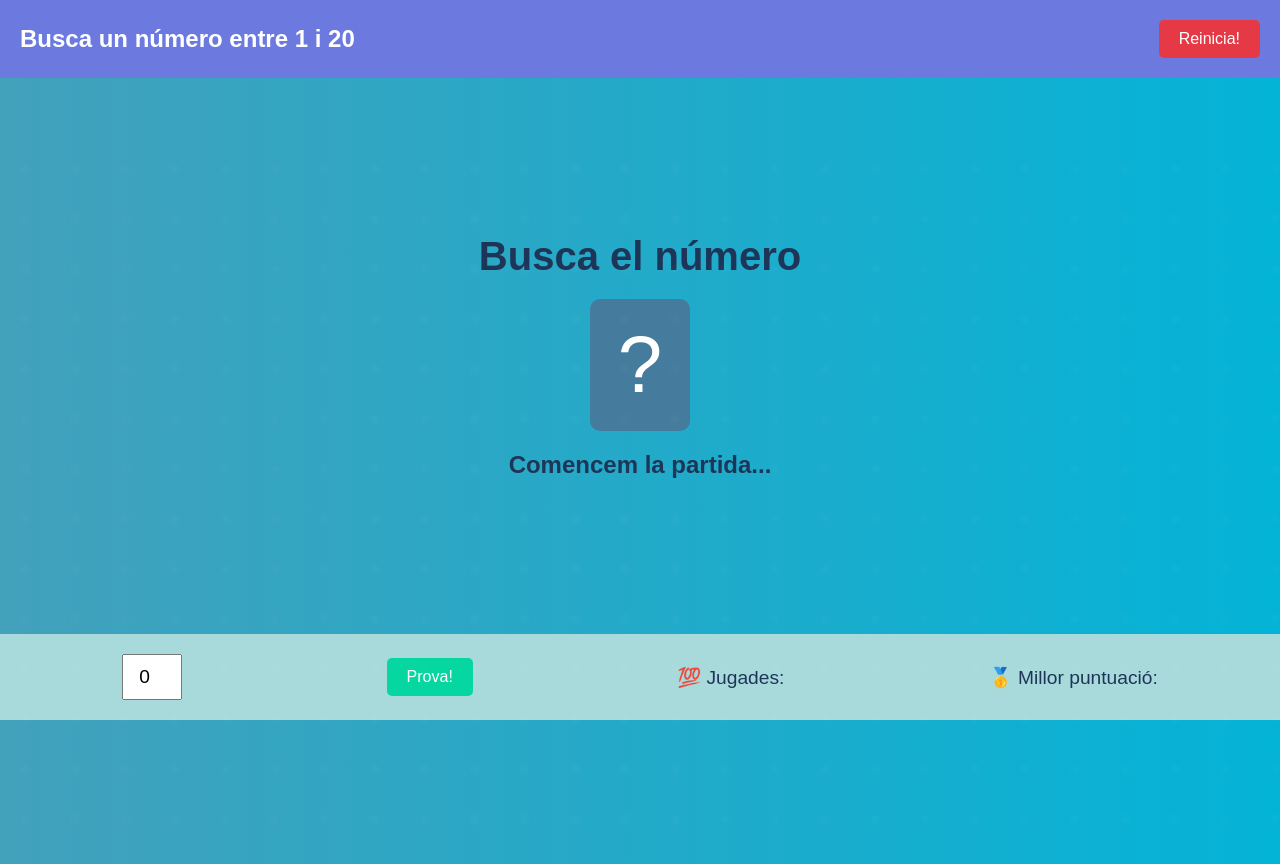
Repository: rdalmau23/M06_01
Page: index.html
The author's editor kept a copy of each file at every save. The page is drawn from the files as they stood at one save, then again after the next save.
The browser window is 1280 px wide. The pictures show the whole page.

Above is the page before, as saved 2024-10-11 11:32:23.

After the next save:
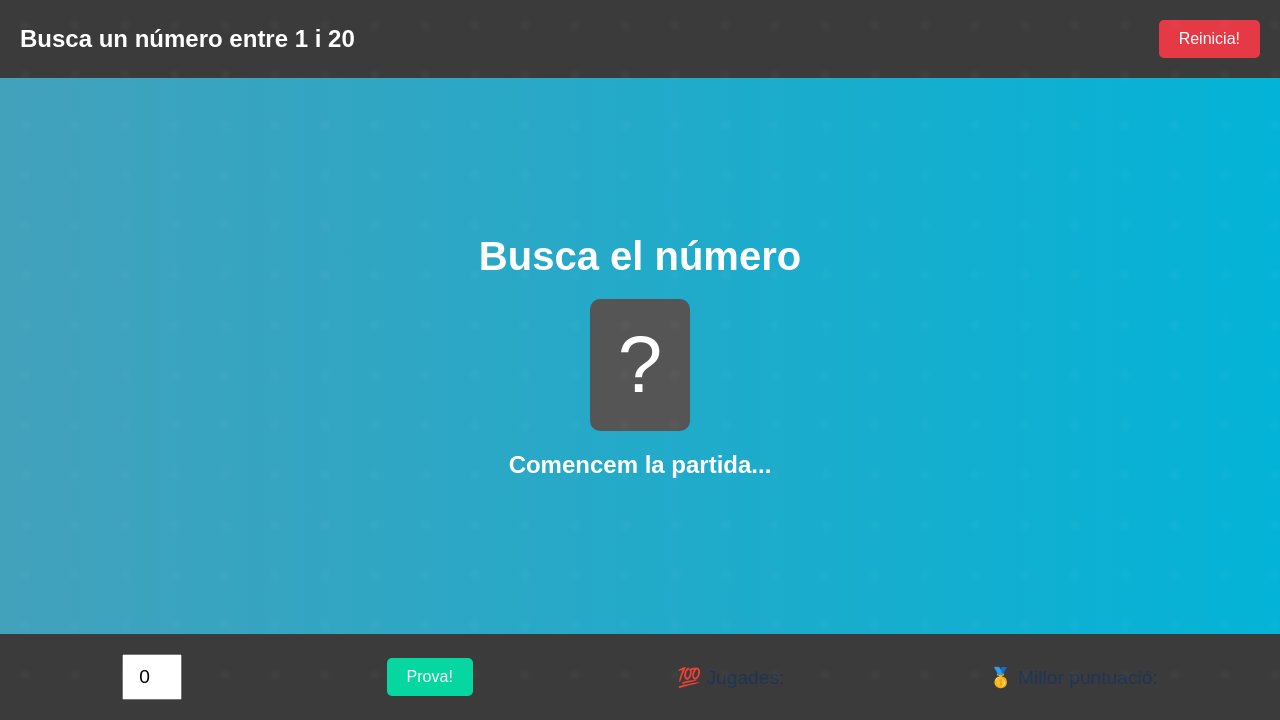
Saved 2 min 51 s later.
--- a/style.css
+++ b/style.css
@@ -31,7 +31,6 @@
     animation: move-particles 25s linear infinite;
   }
 
-  /* Keyframes for animation */
   @keyframes gradient-animation {
     0% {
       background-position: 0% 50%;
@@ -44,18 +43,8 @@
     }
   }
 
-  @keyframes move-particles {
-    0% {
-      transform: translateY(0);
-    }
-    100% {
-      transform: translateY(100vh);
-    }
-  }
-
-  /* Header Styles */
   header {
-    background-color: #6c7ae0;
+    background-color: #3b3b3b;
     color: white;
     padding: 20px;
     text-align: center;
@@ -82,7 +71,6 @@
     background-color: #d62839;
   }
 
-  /* Main Section */
   main {
     flex-grow: 1;
     display: flex;
@@ -93,12 +81,12 @@
 
   main h1 {
     font-size: 2.5rem;
-    color: #1d3557;
+    color: white;
   }
 
   #display-num {
     font-size: 5rem;
-    background-color: #457b9d;
+    background-color: #555555;
     color: white;
     padding: 20px;
     width: 100px;
@@ -109,12 +97,12 @@
 
   main h3 {
     font-size: 1.5rem;
-    color: #1d3557;
+    color: white;
   }
 
   /* Footer Section */
   footer {
-    background-color: #a8dadc;
+    background-color: #3b3b3b;
     padding: 20px;
     display: flex;
     justify-content: space-around;
